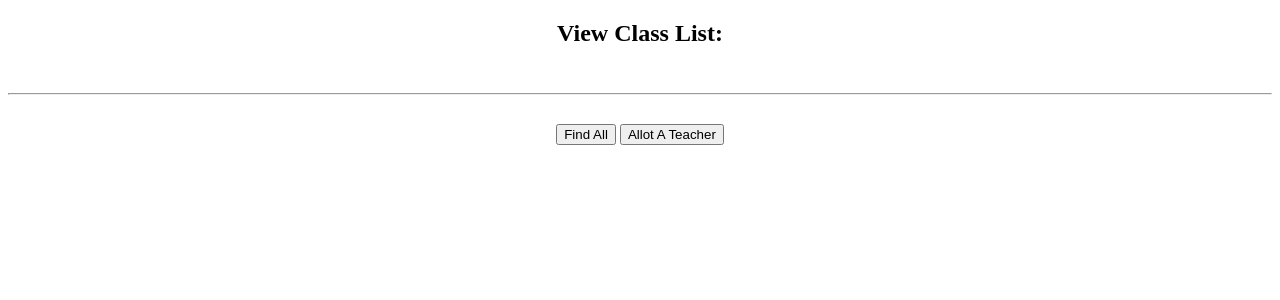
Repository: mdzeyan/JavaFSD-phase2-project
Page: Learners_Academy/src/main/webapp/AllotTeacher.html
These files come from the project's save history. The page is drawn as it stood at one moment and after the next save; the edit follows.
The browser window is 1280 px wide. The pictures show the whole page.

Above is the page before, as saved 2022-03-31 13:38:22.

After the next save:
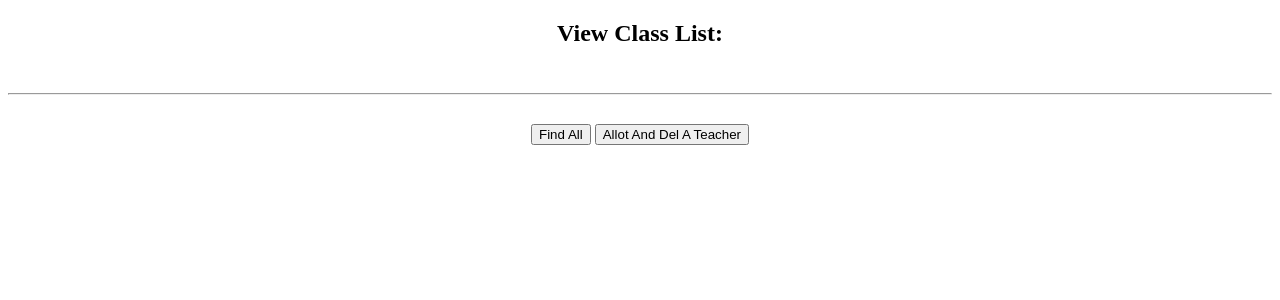
Saved 5 min 52 s later.
--- a/Learners_Academy/src/main/webapp/AllotTeacher.html
+++ b/Learners_Academy/src/main/webapp/AllotTeacher.html
@@ -15,7 +15,7 @@
 
 		<tr>
 			<td align="center"><input type="submit" value="Find All" name="button"></td>
-			<td align="center"><input type="submit" value="Allot A Teacher" name="button"></td>
+			<td align="center"><input type="submit" value="Allot And Del A Teacher" name="button"></td>
 		</tr>
 
 	</table>

After the save that followed:
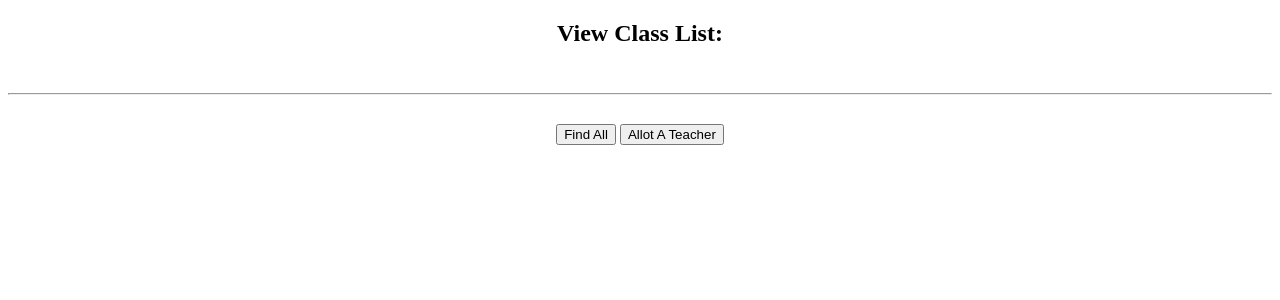
Saved 79 s later.
--- a/Learners_Academy/src/main/webapp/AllotTeacher.html
+++ b/Learners_Academy/src/main/webapp/AllotTeacher.html
@@ -15,7 +15,7 @@
 
 		<tr>
 			<td align="center"><input type="submit" value="Find All" name="button"></td>
-			<td align="center"><input type="submit" value="Allot And Del A Teacher" name="button"></td>
+			<td align="center"><input type="submit" value="Allot A Teacher" name="button"></td>
 		</tr>
 
 	</table>
